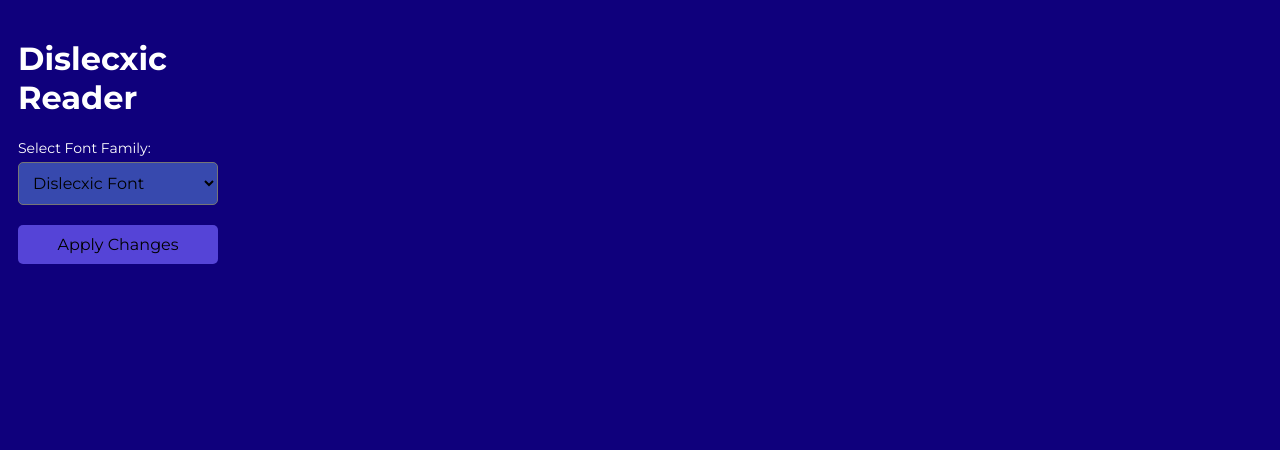
Repository: adatechschool/extension-navigateur-extension_walid_eliana_imelda
Page: Extention 3/popup.html
These files come from the project's save history. The page is drawn as it stood at one moment and after the next save; the edit follows.
The browser window is 1280 px wide. The pictures show the whole page.

Above is the page before, as saved 2024-01-14 00:11:36.

After the next save:
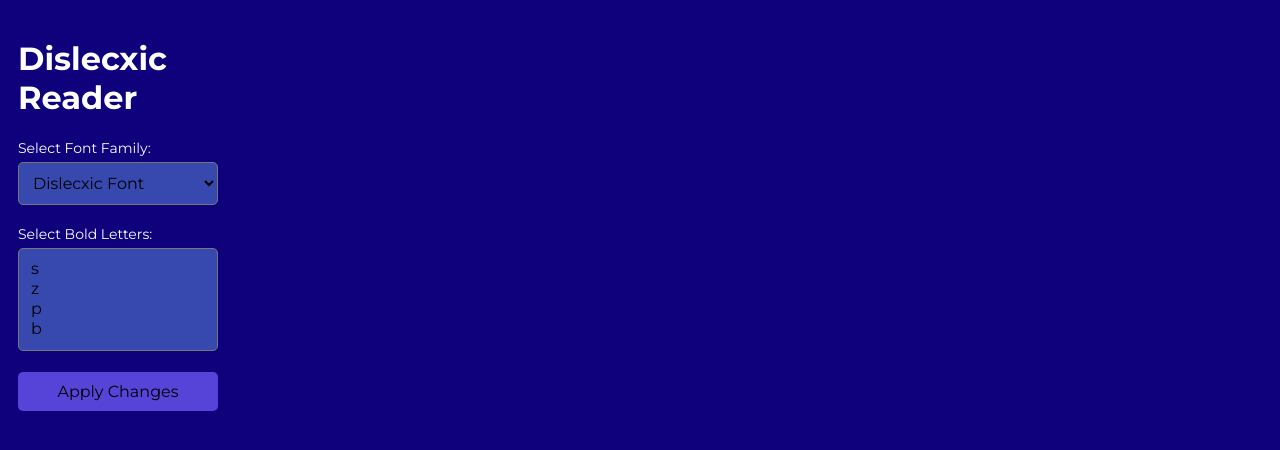
Saved 2 min 32 s later.
--- a/Extention 3/popup.html
+++ b/Extention 3/popup.html
@@ -25,6 +25,15 @@
     <!-- Add more font options as needed -->
   </select>
 
+  <label for="bold-letters">Select Bold Letters:</label>
+  <select id="bold-letters" multiple>
+    <option value="s">s</option>
+    <option value="z">z</option>
+    <option value="p">p</option>
+    <option value="b">b</option>
+  </select>
+
+
   <button id="apply-button">Apply Changes</button>
 </body>
 </html>
